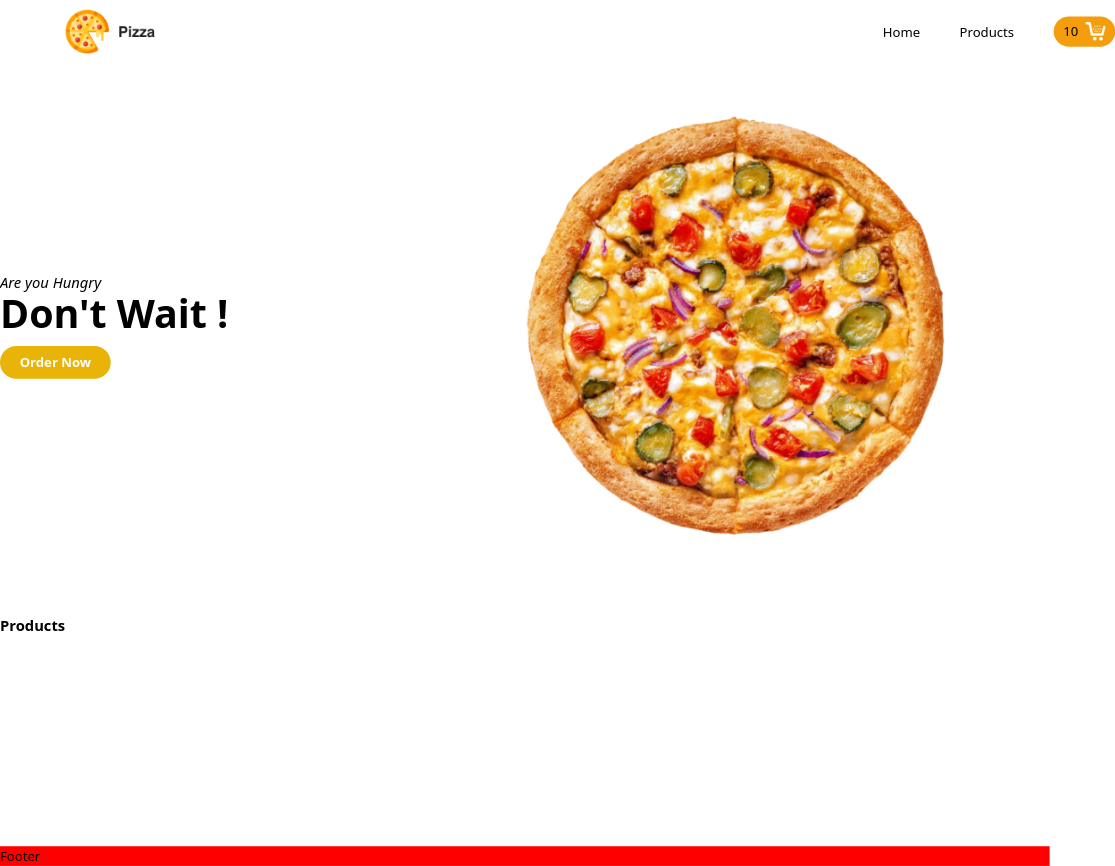
Repository: yuv-raj-25/pizza-youtube
Page: /
An editor plug-in stored every save of this project. The page is shown before and after a run of saves, followed by the edit.
The browser window is 1280 px wide. The page is 1360 px wide, so the pictures cover 1360 px, including what lies to the right of the window. The pictures show the whole page, at 82% of full size.
The page's requests for data from a server got no answer. Some web libraries are served in a nearby version. The project was rebuilt for these pictures with package versions that can differ from the ones it lists, and the page was loaded fresh each time. No one was signed in, and anything a server would have sent is missing. Also part of the build but not shown: src/pages/Cart.jsx.

Above is the page before, as saved 2023-08-17 18:23:18.

After the next 5 saves:
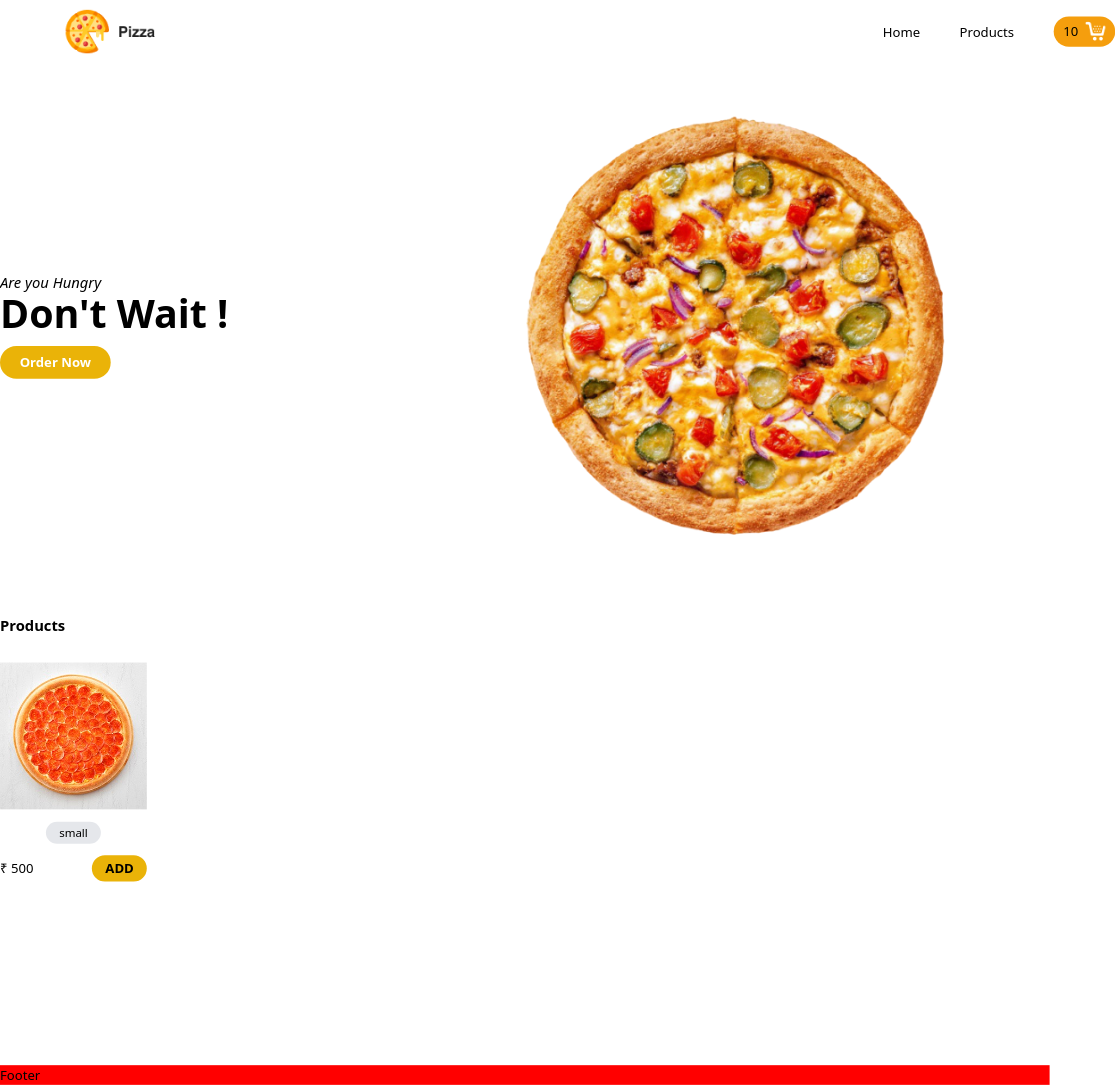
The 5 saves are shown as one change because they came seconds apart.
The last was saved 24 s later.
--- a/src/pages/Products.jsx
+++ b/src/pages/Products.jsx
@@ -23,6 +23,7 @@ const Products = () => {
           {
             product.map(product => <Product key={product._id} product={product}/>)
           }
+          <Product></Product>
         </div>
       </div>
 
